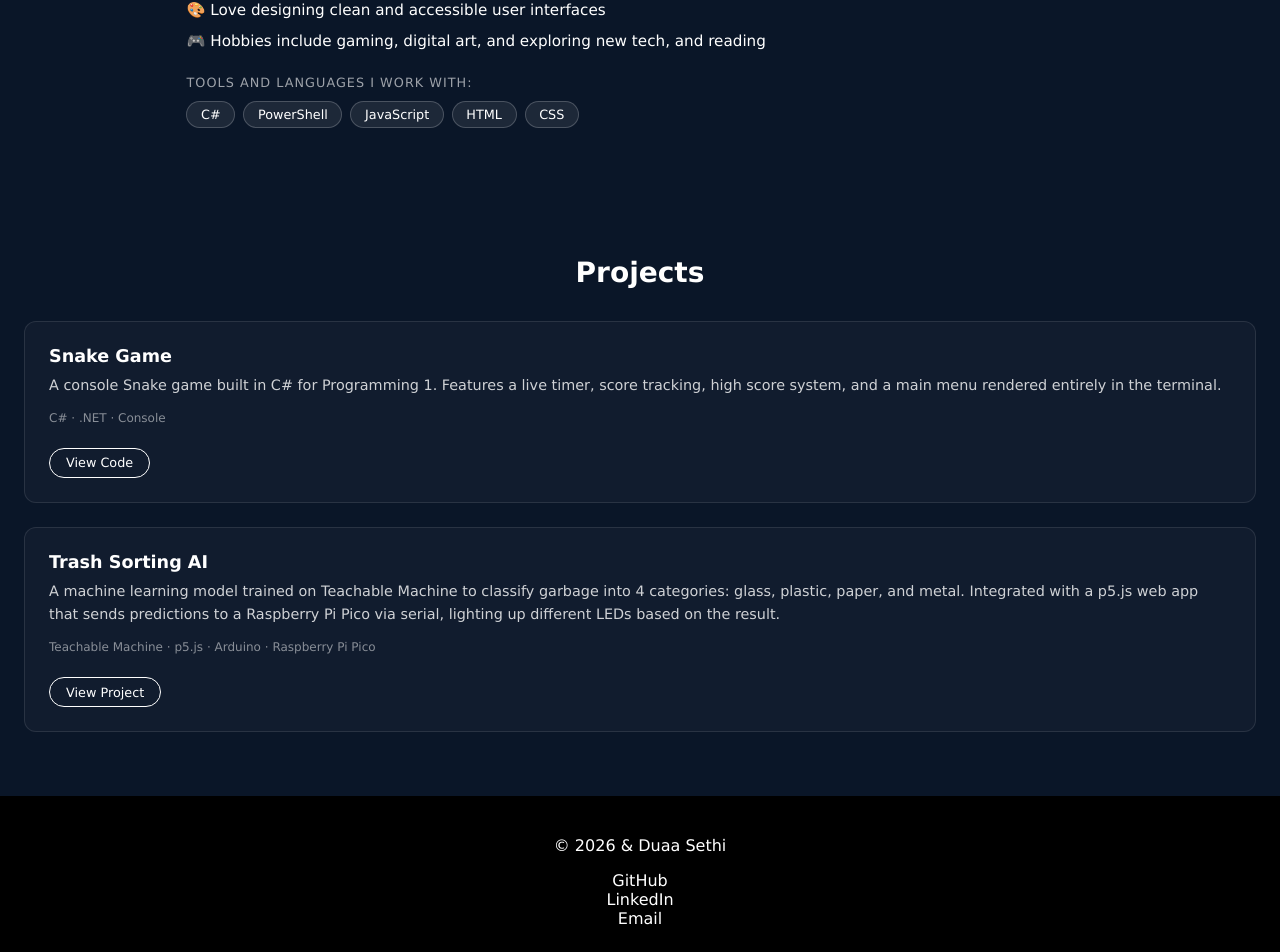
Repository: Duaa-Sethi/Duaa-Sethi
Page: index.html
These files come from the project's save history. The page is drawn as it stood at one moment and after the next save; the edit follows.
The browser window is 1280 px wide. The pictures show the part of the page from y = 1232 to 2184 px (the page is 2184 px tall before and 2123 px after).
Some web fonts or font styles are not loaded; a fallback is used.

Above is the page before, as saved 2026-05-02 15:33:58.

### index.html
<!doctype html>
<html lang="en">
  <head>
    <meta charset="UTF-8" />
    <meta name="viewport" content="width=device-width, initial-scale=1.0" />
    <title>Dua Portfolio</title>
    <link rel="stylesheet" href="./styles/index.css" />
    <link rel="stylesheet" href="./styles/globals.css" />
  </head>
  <body>
    <!-- NAV -->
    <nav>
      <ul>
        <li><a href="#about">About</a></li>
        <li><a href="#projects">Projects</a></li>
        <li><a href="#contact">Contact</a></li>
      </ul>
    </nav>

    <!-- HERO -->
    <section class="hero">
      <article>
        <h1>Duaa Sethi Portfolio</h1>
        <p>Developer · Designer · Creator</p>
        <a href="#projects">View Projects</a>
      </article>
    </section>

    <!-- ABOUT -->
    <section class="about" id="about">
      <img src="./assets/images/Dua Sethi.jpeg" alt="Photo of Duaa Sethi" />
      <div class="about-text">
        <h2>About Me</h2>
        <p>
          Hi! I am Duaa Sethi , a first year CS student passionate about
          technology, and building things that actually work.
        </p>

        <ul class="about-list">
          <li>🎓 First year Computer Science student at John Abbott College</li>
          <li>
            💻 Passionate about web development, AI, and creative problem
            solving
          </li>
          <li>🎨 Love designing clean and accessible user interfaces</li>
          <li>
            🎮 Hobbies include gaming, digital art, and exploring new tech, and
            reading
          </li>
        </ul>

        <p class="tools-label">Tools and languages I work with:</p>
        <ul class="tools-list">
          <li>C#</li>
          <li>PowerShell</li>
          <li>JavaScript</li>
          <li>HTML</li>
          <li>CSS</li>
        </ul>
      </div>
    </section>

    <!-- PROJECTS -->
    <section class="projects" id="projects">
      <h2>Projects</h2>
      <div class="cards">
        <article class="card">
          <h3>Snake Game</h3>
          <p>
            A console Snake game built in C# for Programming 1. Features a live
            timer, score tracking, high score system, and a main menu rendered
            entirely in the terminal.
          </p>
          <p class="tech">C# · .NET · Console</p>
          <a
            href="https://github.com/Duaa-Sethi/Programming1-project-Dua-Sethi"
            target="_blank"
            >View Code</a
          >
        </article>
        <article class="card">
          <h3>Trash Sorting AI</h3>
          <p>
            A machine learning model trained on Teachable Machine to classify
            garbage into 4 categories: glass, plastic, paper, and metal.
            Integrated with a p5.js web app that sends predictions to a
            Raspberry Pi Pico via serial, lighting up different LEDs based on
            the result.
          </p>
          <p class="tech">
            Teachable Machine · p5.js · Arduino · Raspberry Pi Pico
          </p>
          <a
            href="https://editor.p5js.org/duairfansethi/full/mdRLpCkG2"
            target="_blank"
            >View Project</a
          >
        </article>
      </div>
    </section>

    <footer>
      <p>© 2026 & Duaa Sethi</p>
      <ul class="footer-links">
        <ul class="footer-links">
          <li><a href="https://github.com/Duaa-Sethi">GitHub</a></li>
          <li>
            <a
              href="https://www.linkedin.com/in/dua-irfan-sethi-32944838b/"
              target="_blank"
              >LinkedIn</a
            >
          </li>
          <li>
            <a href="mailto:duairfansethi@gmail.com">Email</a>
          </li>
        </ul>
      </ul>
    </footer>
  </body>
</html>

### styles/index.css
body {
  background-color: #0a1628;
}

/* NAV */
nav {
  position: sticky;
  top: 0;
  background-color: black;
  padding: 0 1.5rem;
}

nav ul {
  display: flex;
  justify-content: flex-end;
  gap: 1.5rem;
  padding: 1rem 0;
}

nav ul li a {
  font-size: 0.9rem;
}

.hero {
  display: flex;
  align-items: center;
  justify-content: center;
  text-align: center;
  min-height: 100vh;
  padding: 2rem 1.5rem;

  /* dont memorize, copy paste background defs */
  background-image: url(../assets/images/starry\ sky\ animated\ gif\ -\ Google\ Search.gif);
  background-size: cover;
  background-position: center;
  background-repeat: no-repeat;
}

.hero h1 {
  font-size: 2rem;
  margin-bottom: 0.75rem;
}

.hero p {
  font-size: 1rem;
  opacity: 0.75;
  margin: 0 0 1.5rem 0;
}

.hero a {
  border: 2px solid white;
  padding: 0.5rem 1.25rem;
  border-radius: 20px;
  font-size: 0.9rem;
}

.hero a:hover {
  background-color: white;
  color: #0a1628;
  text-decoration: none;
}

/* ABOUT */
.about {
  display: flex;
  flex-direction: column;
  align-items: center;
  gap: 2rem;
  padding: 4rem 1.5rem;
  text-align: center;
}

.about img {
  width: 150px;
  height: 150px;
  border-radius: 50%;
  object-fit: cover;
  border: 3px solid rgba(255, 255, 255, 0.2);
}

.about h2 {
  font-size: 1.75rem;
  margin-bottom: 1rem;
}

.about p {
  margin: 0 0 0.5rem 0;
  line-height: 1.6;
}

.about-list {
  display: flex;
  flex-direction: column;
  gap: 0.5rem;
  text-align: left;
  margin-bottom: 1.25rem;
}

.about-list li {
  font-size: 0.95rem;
  line-height: 1.5;
}

.tools-label {
  font-size: 0.8rem;
  opacity: 0.6;
  text-transform: uppercase;
  letter-spacing: 0.08em;
  text-align: left;
  margin-bottom: 0.5rem;
}

.tools-list {
  display: flex;
  flex-wrap: wrap;
  gap: 0.5rem;
  text-align: left;
}

.tools-list li {
  background-color: rgba(255, 255, 255, 0.08);
  border: 1px solid rgba(255, 255, 255, 0.2);
  border-radius: 20px;
  padding: 0.3rem 0.85rem;
  font-size: 0.8rem;
}
/* PROJECTS */
.projects {
  padding: 4rem 1.5rem;
  text-align: center;
}
.projects h2 {
  font-size: 1.75rem;
  margin-bottom: 2rem;
}

.cards {
  display: flex;
  flex-direction: column;
  gap: 1.5rem;
}
.card {
  background-color: #111c2e;
  border: 1px solid rgba(255, 255, 255, 0.1);
  border-radius: 12px;
  padding: 1.5rem;
  text-align: left;
}

.card:hover {
  border-color: rgba(255, 255, 255, 0.4);
}

.card h3 {
  font-size: 1.1rem;
  margin-bottom: 0.5rem;
}

.card p {
  font-size: 0.9rem;
  line-height: 1.6;
  opacity: 0.8;
  margin: 0 0 0.5rem 0;
}

.card .tech {
  font-size: 0.75rem;
  opacity: 0.5;
  margin: 0.75rem 0;
}

.card a {
  display: inline-block;
  border: 1px solid white;
  padding: 0.4rem 1rem;
  border-radius: 20px;
  font-size: 0.8rem;
  margin-top: 0.5rem;
}

.card a:hover {
  background-color: white;
  color: #0a1628;
  text-decoration: none;
}

/* FOOTER */

footer {
  text-align: center;
  padding: 1.5rem;
  background-color: black;
}

@media only screen and (min-width: 600px) {
  h1 {
    font-size: 4rem;
  }
}

@media only screen and (min-width: 992px) {
  h1 {
    font-size: 5rem;
  }
}

### styles/globals.css
/* FONT DEFS */
@font-face {
  font-family: "main font";
  src: url(../assets/fonts/NewsCycle-Regular.ttf);
}

/* CROSS PAGE STYLES */
body {
  font-family: "main font", Verdana, sans-serif;
  color: white;
  margin: 0;
}

h1 {
  font-weight: bold;
  font-size: 1.5rem;
}

a {
  text-decoration: none;
  color: white;
}
h2,
h3 {
  margin: 0;
}
a:hover {
  text-decoration: underline;
}
ul {
  list-style: none;
  padding: 0;
  margin: 0;
}

After the next save:
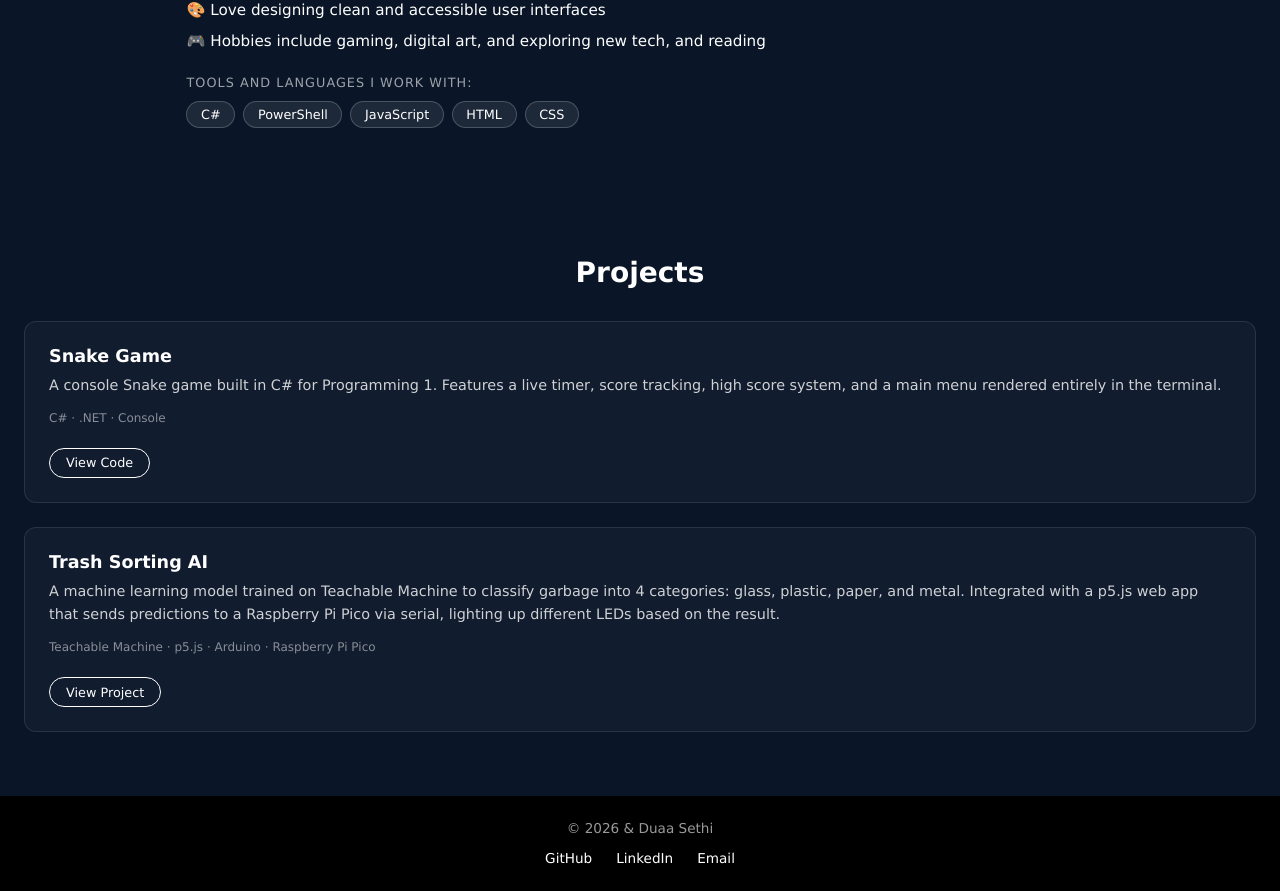
Saved 21 s later.
--- a/styles/index.css
+++ b/styles/index.css
@@ -191,6 +191,21 @@ footer {
   padding: 1.5rem;
   background-color: black;
 }
+footer p {
+  font-size: 0.85rem;
+  opacity: 0.6;
+  margin: 0 0 0.75rem 0;
+}
+
+.footer-links {
+  display: flex;
+  justify-content: center;
+  gap: 1.5rem;
+}
+
+.footer-links a {
+  font-size: 0.85rem;
+}
 
 @media only screen and (min-width: 600px) {
   h1 {
